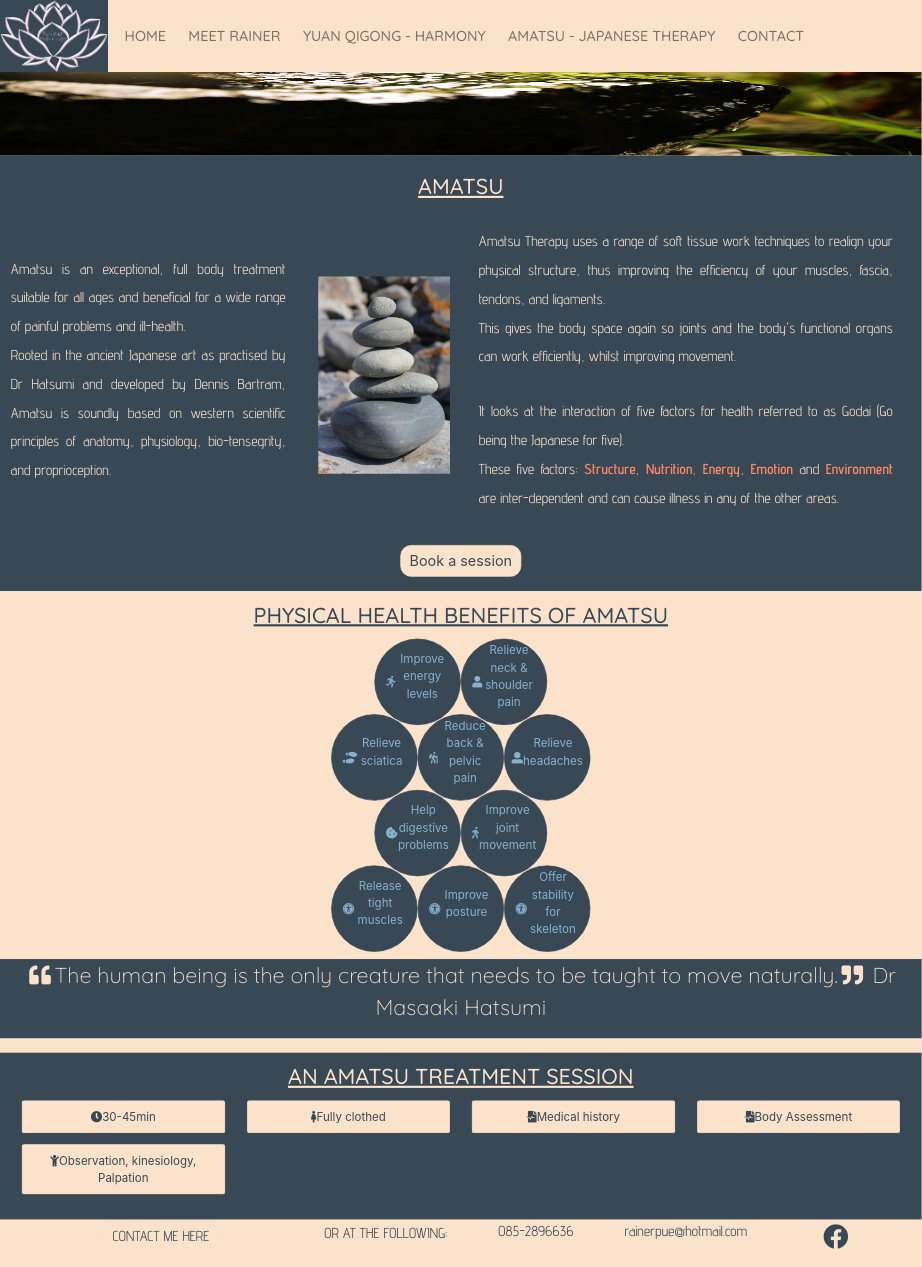
Repository: rainerpue/practitioner_website
Page: amatsu.html
The author's editor kept a record of every edit. The page is drawn from the files as they stood at one moment, then again after the next edit.
The browser window is 1280 px wide. The pictures show the whole page, at 72% of full size.
Some web libraries are served in a nearby version.

Above is the page before.

After the next edit:
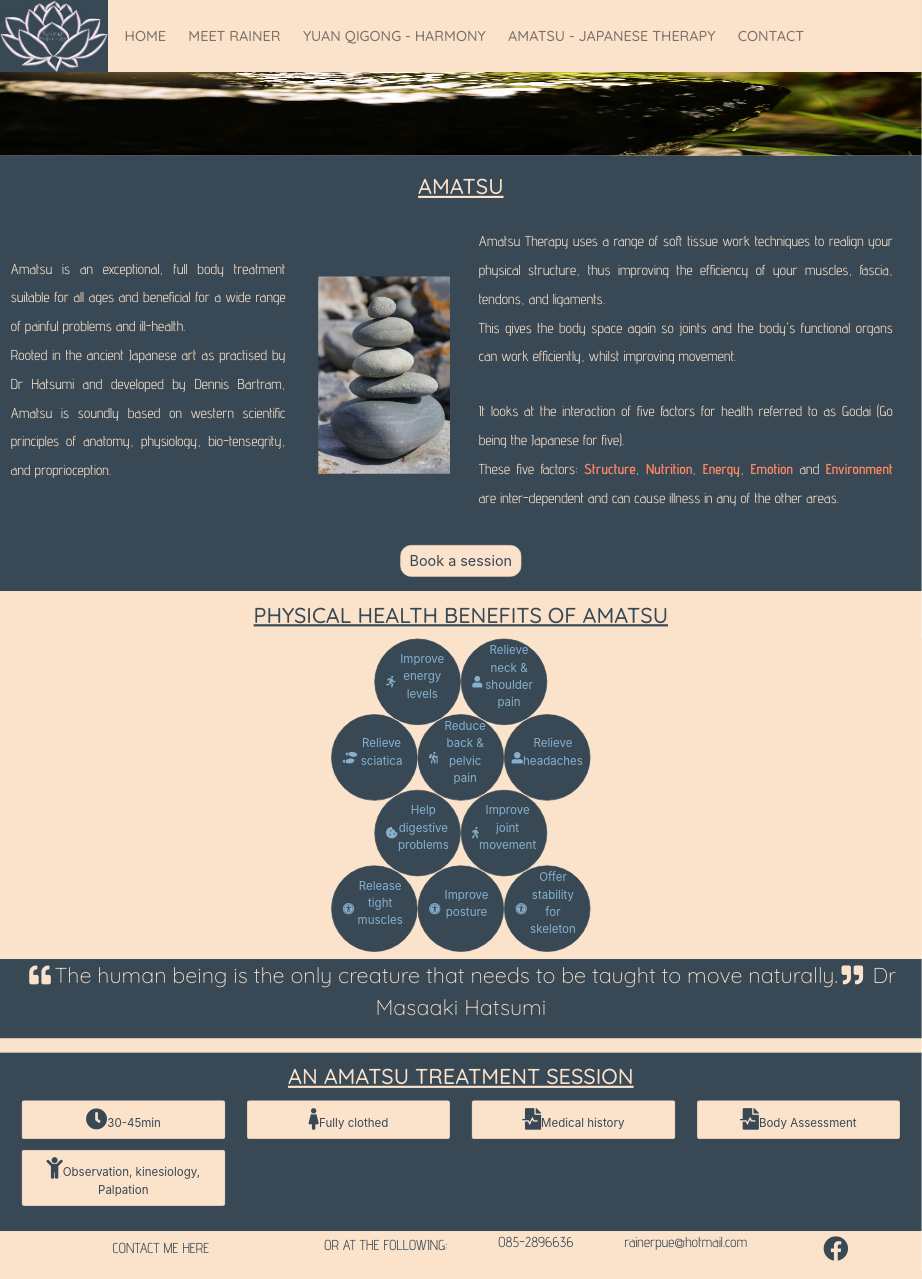
The edit:
--- a/assets/css/style.css
+++ b/assets/css/style.css
@@ -534,7 +534,7 @@
     padding: 10px;
 }
 
-.card-body i {
+.card-item i {
     font-size: 30px;
 }
 
